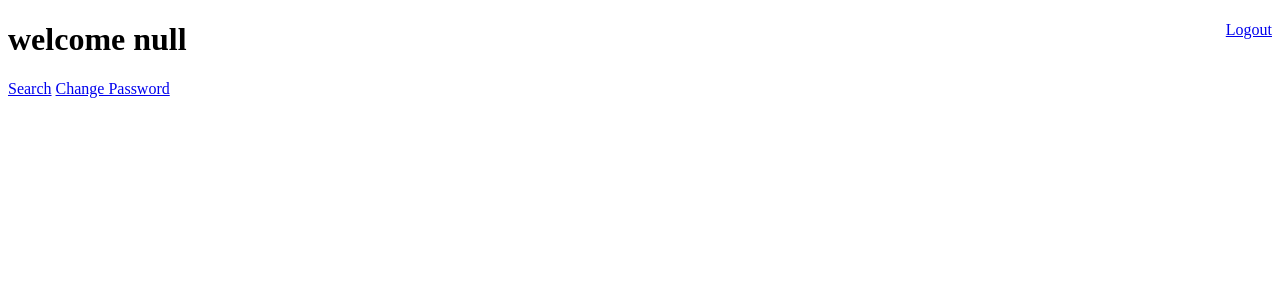
Repository: pawankumarsharm/UST_JDBC_SERVLET
Page: http://localhost/empwebapp/home.jsp
The author's editor kept a copy of each file at every save. The page is drawn from the files as they stood at one save, then again after the next save.
The browser window is 1280 px wide. The pictures show the whole page.
The page is served by Tomcat 9.

Above is the page before, as saved 2019-11-18 12:43:44.

After the next save:
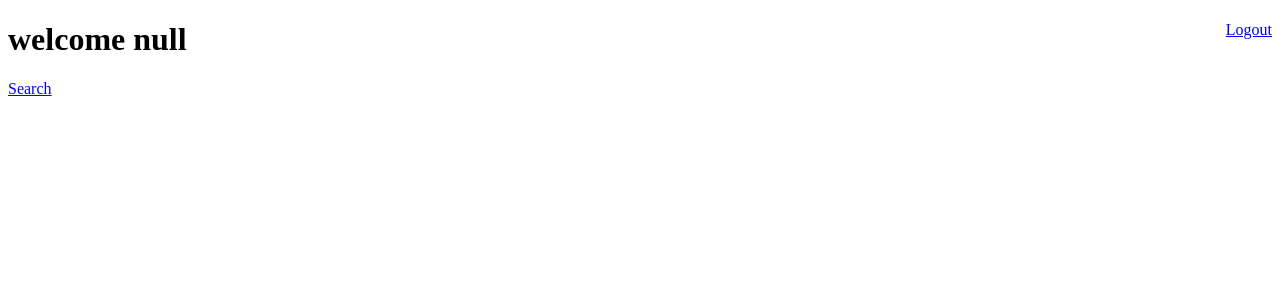
Saved 27 s later.
--- a/jdbc/empwebapp/WebContent/home.jsp
+++ b/jdbc/empwebapp/WebContent/home.jsp
@@ -11,6 +11,6 @@
 <a style="float:right;" href='./logout'>Logout</a>
 <h1>welcome <%=info.getName() %></h1>
 <a href='./search.html'>Search</a>
-<a href='./changepassword.html'>Change Password</a>
+<a href='./changepassword.jsp>Change Password</a>
 </body>
 </html>

After the save that followed:
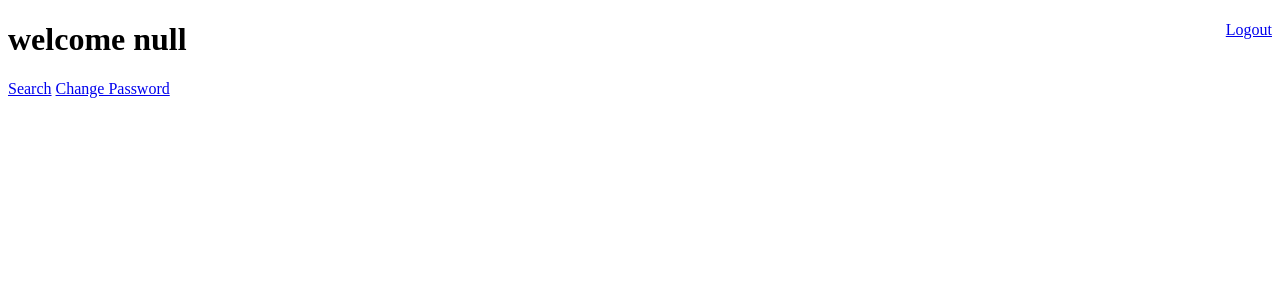
Saved 33 s later.
--- a/jdbc/empwebapp/WebContent/home.jsp
+++ b/jdbc/empwebapp/WebContent/home.jsp
@@ -11,6 +11,6 @@
 <a style="float:right;" href='./logout'>Logout</a>
 <h1>welcome <%=info.getName() %></h1>
 <a href='./search.html'>Search</a>
-<a href='./changepassword.jsp>Change Password</a>
+<a href='./changepassword.jsp'>Change Password</a>
 </body>
 </html>
